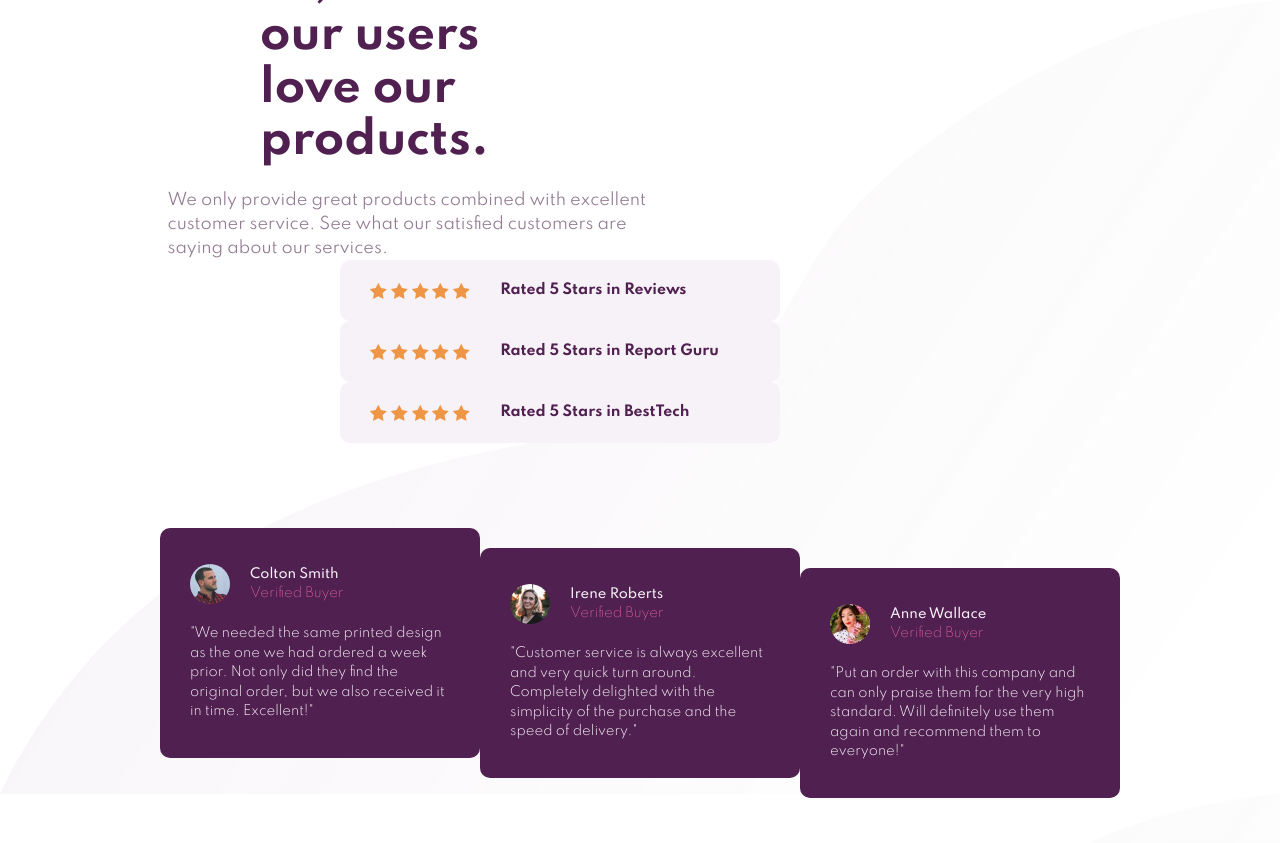
Repository: metehankasapp/social-proof-section-master
Page: index.html
An editor plug-in stored every save of this project. The page is shown before and after the next save, followed by the edit.
The browser window is 1280 px wide. The pictures show the whole page.
Some web libraries are served in a nearby version.

Above is the page before, as saved 2021-12-05 09:17:00.

### index.html
<!DOCTYPE html>
<html lang="en">

<head>
  <meta charset="UTF-8" />
  <meta name="viewport" content="width=device-width, initial-scale=1.0" />

  <title>Frontend Mentor | Social proof section</title>
  <link rel="preconnect" href="https://fonts.googleapis.com" />
  <link rel="preconnect" href="https://fonts.gstatic.com" crossorigin />
  <link href="https://fonts.googleapis.com/css2?family=Spartan:wght@100;200;300;400;500;600;700;800;900&display=swap"
    rel="stylesheet" />
  <link href="https://cdn.jsdelivr.net/npm/bootstrap@5.1.3/dist/css/bootstrap.min.css" rel="stylesheet"
    integrity="sha384-1BmE4kWBq78iYhFldvKuhfTAU6auU8tT94WrHftjDbrCEXSU1oBoqyl2QvZ6jIW3" crossorigin="anonymous" />
  <link rel="stylesheet" href="style.css" />
</head>

<body>
  <div class="main-ctr">
    <div class="w-100 row p-0 header-ctr">
      <div class="col-12 col-lg-6 header-area">
        <div class="header-purple">
          <h5>10,000+ of our users love our products.</h5>
        </div>

        <p class="header-text">
          We only provide great products combined with excellent customer
          service. See what our satisfied customers are saying about our
          services.
        </p>
      </div>

      <div class="
            col-12 col-lg-6
            second-col
            d-flex
            justify-content-between
            align-items-baseline
            flex-column
          ">
        <div class="rate-container">
          <div class="stars">
            <img src="images/icon-star.svg" alt="" />
            <img src="images/icon-star.svg" alt="" />

            <img src="images/icon-star.svg" alt="" />
            <img src="images/icon-star.svg" alt="" />
            <img src="images/icon-star.svg" alt="" />
          </div>
          <p class="m-0">Rated 5 Stars in Reviews</p>
        </div>
        <div class="rate-container">
          <div class="stars">
            <img src="images/icon-star.svg" alt="" />
            <img src="images/icon-star.svg" alt="" />

            <img src="images/icon-star.svg" alt="" />
            <img src="images/icon-star.svg" alt="" />
            <img src="images/icon-star.svg" alt="" />
          </div>
          <p class="m-0">Rated 5 Stars in Report Guru</p>
        </div>
        <div class="rate-container">
          <div class="stars">
            <img src="images/icon-star.svg" alt="" />
            <img src="images/icon-star.svg" alt="" />

            <img src="images/icon-star.svg" alt="" />
            <img src="images/icon-star.svg" alt="" />
            <img src="images/icon-star.svg" alt="" />
          </div>
          <p class="m-0">Rated 5 Stars in BestTech</p>
        </div>
      </div>
    </div>

    <div class="
          w-100
          m-0
          p-0
          d-flex
          flex-column flex-lg-row
          justify-content-between
          align-items-baseline
        " >
      <div class="card-ctr ">
        <div class="card-item" >
          <div class="card-headerr ">
            <div class="card-img">
              <img src="images/image-colton.jpg" alt="" />
            </div>
            <div class="card-text">
              <p class="card-fs">Colton Smith</p>
              <p class="card-job">Verified Buyer</p>
            </div>
          </div>
          <div class="card-second">
            <p>
              "We needed the same printed design as the one we had ordered a
              week prior. Not only did they find the original order, but we also
              received it in time. Excellent!"
            </p>
          </div>
        </div>
      </div>

      <div class="card-ctr" >
        <div class="card-item">
          <div class="card-headerr">
            <div class="card-img">
              <img src="images/image-irene.jpg" alt="" />
            </div>
            <div class="card-text">
              <p class="card-fs">Irene Roberts</p>
              <p class="card-job">Verified Buyer</p>
            </div>
          </div>
          <div class="card-second">
            <p>
              "Customer service is always excellent and very quick turn around.
              Completely delighted with the simplicity of the purchase and the
              speed of delivery."
            </p>
          </div>
        </div>
      </div>

      <div class="card-ctr" >
        <div class="card-item">
          <div class="card-headerr">
            <div class="card-img">
              <img src="images/image-anne.jpg" alt="" />
            </div>
            <div class="card-text">
              <p class="card-fs">Anne Wallace</p>
              <p class="card-job">Verified Buyer</p>
            </div>
          </div>
          <div class="card-second">
            <p>
              "Put an order with this company and can only praise them for the
              very high standard. Will definitely use them again and recommend
              them to everyone!"
            </p>
          </div>
        </div>
      </div>
    </div>
  </div>

  <script src="https://cdn.jsdelivr.net/npm/bootstrap@5.1.3/dist/js/bootstrap.bundle.min.js"
    integrity="sha384-ka7Sk0Gln4gmtz2MlQnikT1wXgYsOg+OMhuP+IlRH9sENBO0LRn5q+8nbTov4+1p" crossorigin="anonymous">
  </script>
  <script src="https://cdn.jsdelivr.net/npm/@popperjs/core@2.10.2/dist/umd/popper.min.js"
    integrity="sha384-7+zCNj/IqJ95wo16oMtfsKbZ9ccEh31eOz1HGyDuCQ6wgnyJNSYdrPa03rtR1zdB" crossorigin="anonymous">
  </script>
  <script src="https://cdn.jsdelivr.net/npm/bootstrap@5.1.3/dist/js/bootstrap.min.js"
    integrity="sha384-QJHtvGhmr9XOIpI6YVutG+2QOK9T+ZnN4kzFN1RtK3zEFEIsxhlmWl5/YESvpZ13" crossorigin="anonymous">
  </script>
</body>

</html>

### style.css
* {
  margin: 0;
  padding: 0;
  box-sizing: border-box;
}

html {
  font-size: 10px;
}

body {
  background-image: url("images/bg-pattern-bottom-desktop.svg");
  background-size: cover;
  height: auto;
  font-size: 1.6rem;
  font-family: "Spartan", sans-serif;
  padding: 8rem 3rem;
  display: flex;
  justify-content: center;
  align-items: center;
}

.main-ctr{
    width: 100%;
}
.header-ctr {
  margin-right: 0 !important;
  margin-left: 0 !important;
}

.header-area {
  width: 100%;
  display: flex;
  justify-content: center;
  flex-direction: column;
  align-items: center;
}
.header-purple h5 {
  width: 300px;
  font-weight: 700;
  font-size: 36px;
  text-align: center;
  color: hsl(300, 43%, 22%);
  margin-bottom: 2rem;
}

.header-text {
  font-size: 14px;
  text-align: center;
  color: hsl(303, 10%, 53%);
  margin-bottom: 2rem;
}

.rate-container {
  color: hsl(300, 43%, 22%);
  font-weight: 700;
  padding: 2rem 3rem;
  background-color: hsl(300, 24%, 96%);
  font-size: 14px;
  border-radius: 10px;
  width: 100%;
  display: flex;
  justify-content: baseline;
  align-items: baseline;
  margin-bottom: 2rem;
}



.stars {
  margin-right: 3rem;
}

.card-item {
  background-color: hsl(300, 43%, 22%);
  border-radius: 10px;
  padding: 3rem;
  max-width: 350px;
  height: 230px;
  display: flex;
  justify-content: center;
  align-items: baseline;
  flex-direction: column;
}

.card-ctr {
  height: 400px;
  display: flex;
  justify-content: center;
  align-items: center;
}

.card-ctr:nth-child(1) {
  align-self: baseline;
}

.card-ctr:nth-child(2) {
  align-self: center;
  padding-top: 4rem;
}

.card-ctr:nth-child(3) {
  align-self: flex-end;

  padding-top: 8rem;
}

.card-headerr {
  display: flex;
  flex-direction: row;
  align-items: center;
  justify-content: baseline;
  margin-bottom: 2rem;
}

.card-img {
  display: inline-block;
  width: 40px !important;
}

.card-item img {
  width: 40px;
  border-radius: 50%;
}

.card-text {
  margin-left: 2rem;
  display: flex;
  flex-direction: column;
  justify-content: center;
  align-items: baseline;
}
.card-fs {
  color: hsl(300, 24%, 96%);
  font-size: 13px;
  margin-bottom: 0;
  font-weight: 500;
}

.card-job {
  color: hsl(300, 24%, 96%);
  font-size: 13px;
  margin-bottom: 0;
  font-weight: 200;
  color: hsl(333, 80%, 67%);
}

.card-second p {
  margin-bottom: 0;
  color: hsl(300, 24%, 96%);
  font-size: 13px;
  font-weight: 300;
}

@media screen and (min-width: 568px) {
  .header-area {
    width: 500px;
  }
}

@media screen and (min-width: 768px) {
  body {
    background-image: url("images/bg-pattern-bottom-desktop.svg");
    background-size: cover;
    height: 100vh;
    font-size: 1.6rem;
    font-family: "Spartan", sans-serif;
    padding: 12rem 16rem;
    display: flex;
    justify-content: center;
    align-items: center;
  }

  .second-col {
    padding-left: 100px;
  }
  .header-ctr {
    margin-top: 8rem;
    margin-right: 0 !important;
    margin-left: 0 !important;
  }

  .header-area {
    width: 500px;
  }
  .header-purple h5 {
    font-weight: 700;
    font-size: 44px;
    color: hsl(300, 43%, 22%);
    margin-bottom: 2rem;
    text-align: start;
  }

  .header-text {

    margin-bottom: 0rem;
  text-align: start;
    font-size: 16px;
    color: hsl(303, 10%, 53%);
  }

  .rate-container {

  margin-bottom: 0rem;
    color: hsl(300, 43%, 22%);
    font-weight: 700;
    padding: 2rem 3rem;
    background-color: hsl(300, 24%, 96%);
    font-size: 14px;
    border-radius: 10px;
    width: 440px;
    display: flex;
    justify-content: baseline;
    align-items: baseline;
  }

  .rate-container:nth-child(2) {
    margin-left: 4rem;
  }
  .rate-container:nth-child(3) {
    margin-left: 8rem;
  }

  .stars {
    margin-right: 3rem;
  }

  .card-item {
    background-color: hsl(300, 43%, 22%);
    border-radius: 10px;
    padding: 3rem;
    max-width: 350px;
    height: 230px;
    display: flex;
    justify-content: center;
    align-items: baseline;
    flex-direction: column;
  }

  .card-ctr {
    height: 400px;
    display: flex;
    justify-content: center;
    align-items: center;
  }

  .card-ctr:nth-child(1) {
    align-self: baseline;
  }

  .card-ctr:nth-child(2) {
    align-self: center;
    padding-top: 4rem;
  }

  .card-ctr:nth-child(3) {
    align-self: flex-end;

    padding-top: 8rem;
  }

  .card-headerr {
    display: flex;
    flex-direction: row;
    align-items: center;
    justify-content: baseline;
    margin-bottom: 2rem;
  }

  .card-img {
    display: inline-block;
    width: 40px !important;
  }

  .card-item img {
    width: 40px;
    border-radius: 50%;
  }

  .card-text {
    margin-left: 2rem;
    display: flex;
    flex-direction: column;
    justify-content: center;
    align-items: baseline;
  }
  .card-fs {
    color: hsl(300, 24%, 96%);
    font-size: 13px;
    margin-bottom: 0;
    font-weight: 500;
  }

  .card-job {
    color: hsl(300, 24%, 96%);
    font-size: 13px;
    margin-bottom: 0;
    font-weight: 200;
    color: hsl(333, 80%, 67%);
  }

  .card-second p {
    margin-bottom: 0;
    color: hsl(300, 24%, 96%);
    font-size: 13px;
    font-weight: 300;
  }
}

After the next save:
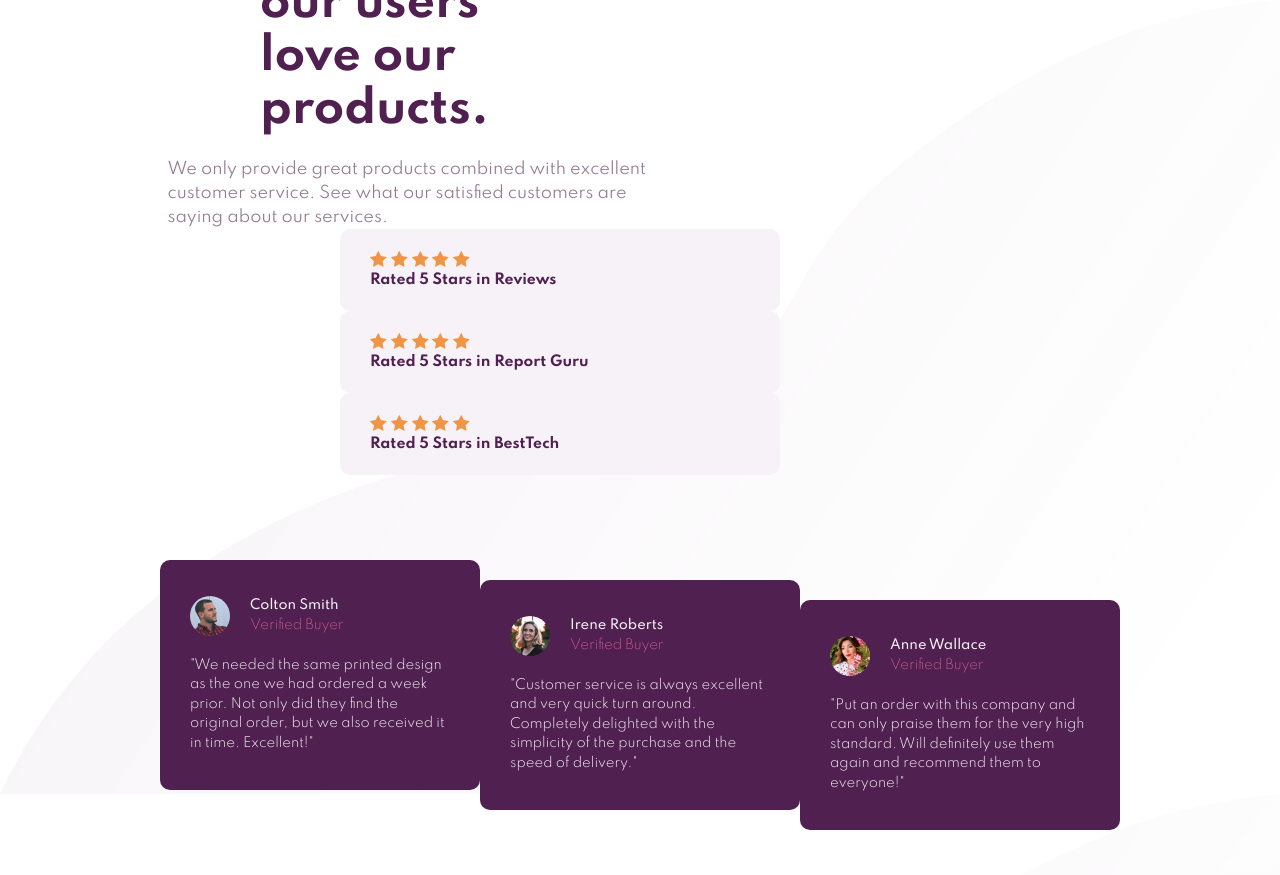
Saved 21 s later.
--- a/style.css
+++ b/style.css
@@ -60,8 +60,9 @@ body {
   border-radius: 10px;
   width: 100%;
   display: flex;
-  justify-content: baseline;
-  align-items: baseline;
+  justify-content: center;
+  align-items: center;
+  flex-direction: column;
   margin-bottom: 2rem;
 }
 
